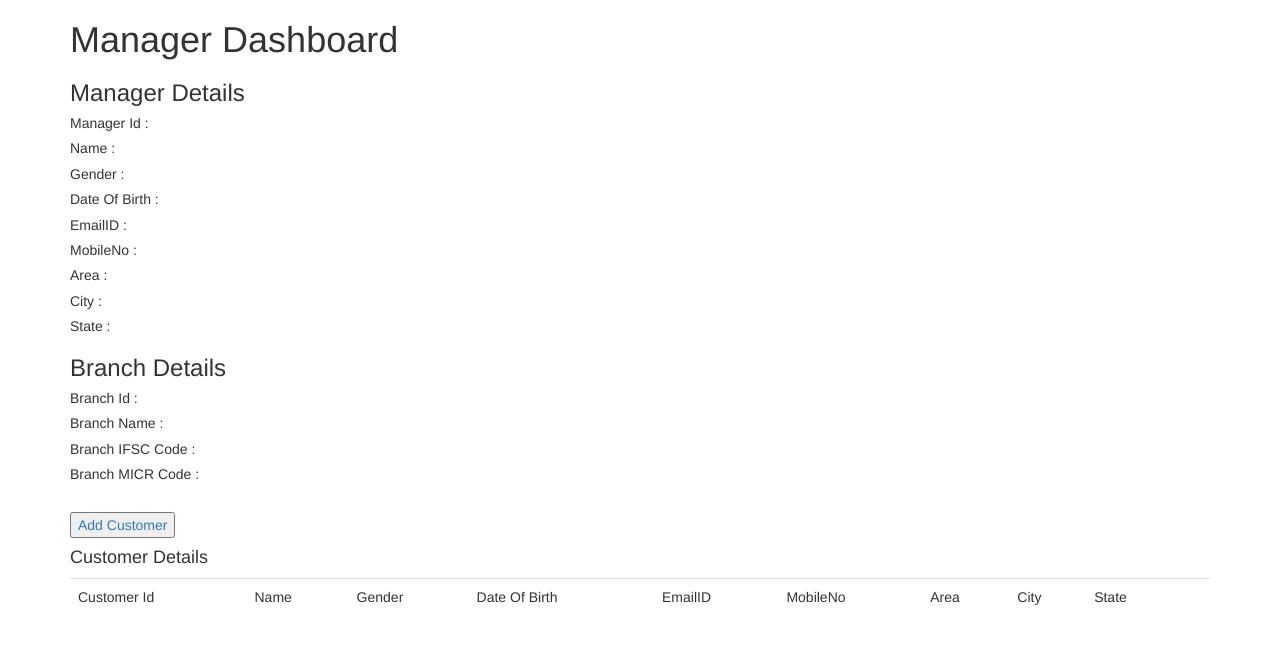
Repository: Shubham-Gawade/SpringHibernateTraining
Page: http://localhost/xorbankonline/WEB-INF/pages/managerhome.jsp
The author's editor kept a copy of each file at every save. The page is drawn from the files as they stood at one save, then again after a run of saves.
The browser window is 1280 px wide. The pictures show the whole page.
The page is served by Tomcat 9. Nobody is signed in. Other server files are loaded and not shown. The template is opened directly, without the code that normally fills it, so the values that code supplies are empty.

Above is the page before, as saved 2021-10-07 04:41:50.

### xorbankonline/src/main/webapp/WEB-INF/pages/managerhome.jsp
<%@ page language="java" contentType="text/html; charset=ISO-8859-1"
    pageEncoding="ISO-8859-1"%>
<%@taglib uri="http://java.sun.com/jsp/jstl/core" prefix="c"%>
<!DOCTYPE html>
<html>
<head>
<meta charset="ISO-8859-1">
<title>Insert title here</title>
<link rel="stylesheet" href="https://maxcdn.bootstrapcdn.com/bootstrap/3.3.7/css/bootstrap.min.css">

<script>
	function popup() {
		alert("Do you want to delete?")
	}
</script></head>
<body class="container">
	<h1>Manager Dashboard</h1>

	<h3>Manager Details</h3>
	<h5>Manager Id : ${manager.personId}</h5>
	<h5>Name : ${manager.personName}</h5>
	<h5>Gender : ${manager.gender}</h5>
	<h5>Date Of Birth : ${manager.dateOfBirth}</h5>
	<h5>EmailID : ${manager.emailId}</h5>
	<h5>MobileNo : ${manager.mobileNo}</h5>
	<h5>Area : ${manager.address.area}</h5>
	<h5>City : ${manager.address.city}</h5>
	<h5>State : ${manager.address.state}</h5>
	<h3>Branch Details</h3>
	<h5>Branch Id : ${manager.branch.branchId}</h5>
	<h5>Branch Name : ${manager.branch.branchName}</h5>
	<h5>Branch IFSC Code : ${manager.branch.ifscCode}</h5>
	<h5>Branch MICR Code : ${manager.branch.micrCode}</h5>
	<br/>
	<a href="addCustomer"><button>Add Customer</button></a>
	<br/>
	<h4>Customer Details</h4>
	<table class="table">
		<tr>
			<td>Customer Id</td>
			<td>Name</td>
			<td>Gender</td>
			<td>Date Of Birth</td>
			<td>EmailID</td>
			<td>MobileNo</td>
			<td>Area</td>
			<td>City</td>
			<td>State</td>
			<td></td>
		</tr>
		<c:forEach items="${customers}" var="customer">
			<td>${customer.personId}</td>
			<td>${customer.personName}</td>
			<td>${customer.gender}</td>
			<td>${customer.dateOfBirth}</td>
			<td>${customer.emailId}</td>
			<td>${customer.mobileNo}</td>
			<td>${customer.address.area}</td>
			<td>${customer.address.city}</td>
			<td>${customer.address.state}</td>
			<td><a href="showCustomer/${customer.personId}"><button class="btn btn-primary">View Details</button></a></td>
			<td><a href="deleteCustomer/${customer.personId}"><button class="btn btn-primary" onclick="popup()">Delete Customer</button></a></td>
		</c:forEach>
	</table>
</body>
</html>

After the next 2 saves:
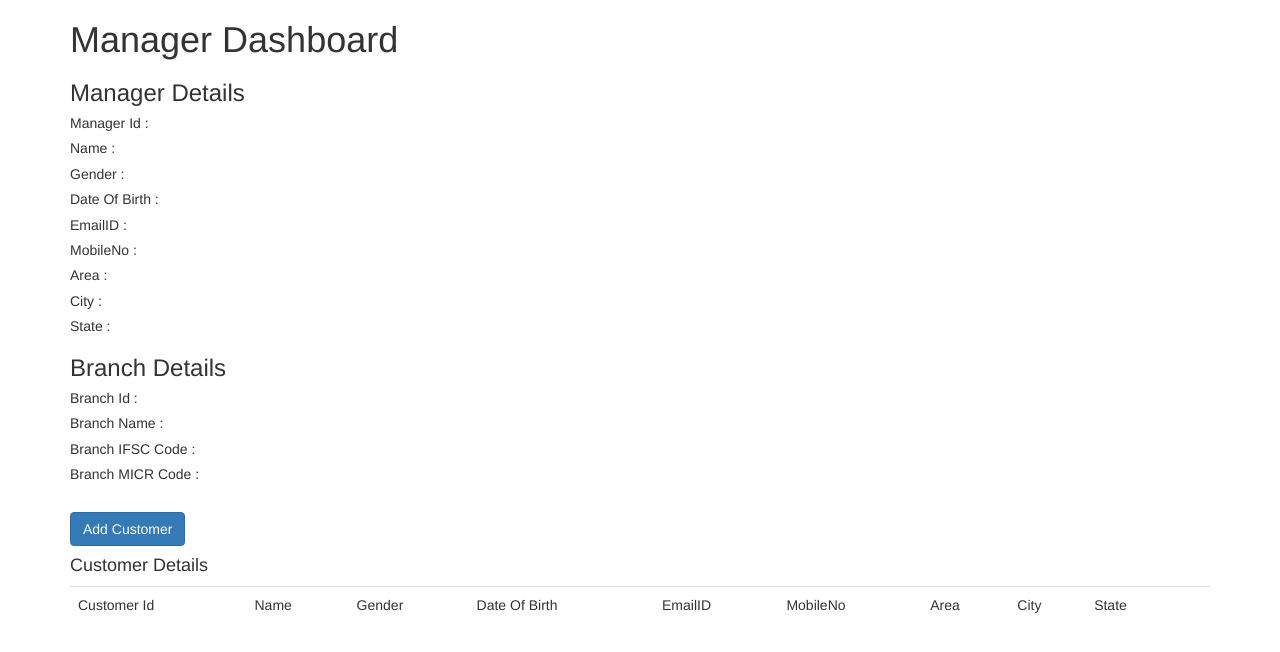
The 2 saves are shown as one change because they came seconds apart.
The last was saved 19 s later.
--- a/xorbankonline/src/main/webapp/WEB-INF/pages/managerhome.jsp
+++ b/xorbankonline/src/main/webapp/WEB-INF/pages/managerhome.jsp
@@ -32,7 +32,7 @@
 	<h5>Branch IFSC Code : ${manager.branch.ifscCode}</h5>
 	<h5>Branch MICR Code : ${manager.branch.micrCode}</h5>
 	<br/>
-	<a href="addCustomer"><button>Add Customer</button></a>
+	<a href="addCustomer"><button class="btn btn-primary">Add Customer</button></a>
 	<br/>
 	<h4>Customer Details</h4>
 	<table class="table">
